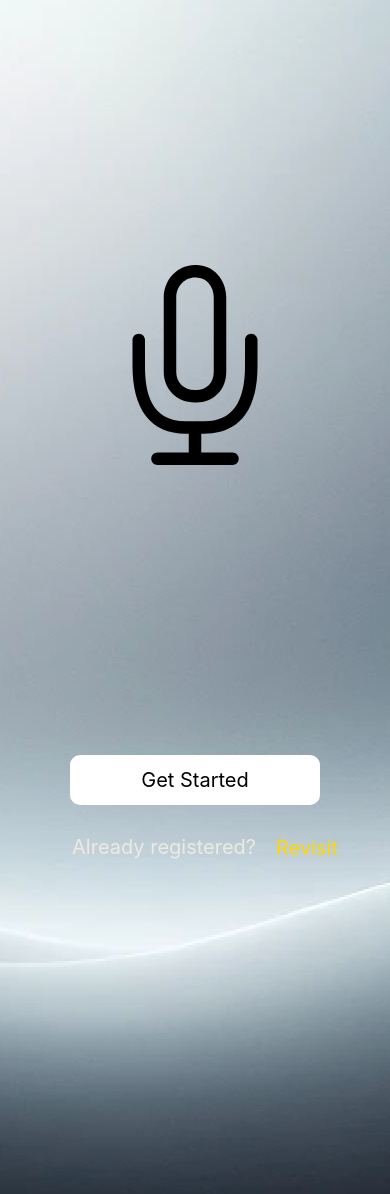
Repository: mortiestmorty1/recordings-app
Screen: / (app in frontend/)
An editor plug-in stored every save of this project. The screen is shown before and after the next save, followed by the edit.
The app was drawn by React Native's web renderer in a window 390 px wide. The project was rebuilt for these pictures with package versions that can differ from the ones it lists, and the page was loaded fresh each time. Also part of the build but not shown: frontend/components/registerUser.js.

Above is the screen before, as saved 2024-03-08 02:07:02.

### frontend/App.js
import { StatusBar } from 'expo-status-bar';
import { StyleSheet, View } from 'react-native';
import RegisterUser from './components/registerUser.js';
import React from 'react';
import FirstScreen from './components/firstscreen.js';

export default function App() {
  const handleRegistrationSuccess = (userData) => {
    console.log('User registered:', userData);
  };

  return (
    <View style={styles.container}>
      <FirstScreen />
      {/* <RegisterUser onSubmit={handleRegistrationSuccess} /> */}
      <StatusBar style="auto" />
    </View>
  );
}

const styles = StyleSheet.create({
  container: {
    flex: 1,
    backgroundColor: '#fff',
    alignItems: 'center',
    justifyContent: 'center',
  },
});

### frontend/components/firstscreen.js
import React from 'react';
import { View, Text, StyleSheet, TouchableOpacity, ImageBackground } from 'react-native';
import { Svg, Path } from 'react-native-svg';
import background from '../assets/background.png'; // Ensure this path is correct

const FirstScreen = () => {
  return (
    <View style={styles.container}>
      <ImageBackground
        source={background}
        resizeMode="cover"
        style={styles.imageBackground}
      >
        <Svg style={styles.logo} fill="#000000" width="200" height="200" viewBox="0 0 1024 1024">
          <Path d="M510.88 704h7.6C607.44 704 672 638.4 672 548.032V166.624C672 73.184 604.56 0 518.466 0h-7.584C423.264 0 352 74.752 352 166.624v381.408C352 636.944 420.304 704 510.88 704zM416 166.624C416 110.032 458.56 64 510.88 64h7.6C569.504 64 608 108.128 608 166.624v381.408C608 603.024 572.032 640 518.464 640h-7.584c-55.872 0-94.88-37.808-94.88-91.968zM800 352c-17.68 0-32 14.336-32 32v133.072c0 190.4-67.968 282.929-207.744 282.929H465.12c-182.8 0-209.12-153.84-209.12-282.928V384.001c0-17.664-14.336-32-32-32s-32 14.336-32 32v133.072c0 220.496 91.888 346.928 273.12 346.928H480v96H320c-17.664 0-32 14.336-32 32s14.336 32 32 32h384c17.664 0 32-14.336 32-32s-14.336-32-32-32H544v-96h16.256C684.224 864.001 832 803.809 832 517.072V384c0-17.664-14.32-32-32-32z" />
        </Svg>
        <View style={styles.content}>
          <TouchableOpacity style={styles.btn1} onPress={() => console.log("Get Started pressed")}>
            <Text style={styles.btnText1}>Get Started</Text>
          </TouchableOpacity>
        <View style={styles.simple}>
          <Text style={styles.text}>Already registered?</Text>
          <TouchableOpacity style={styles.btn2} onPress={() => console.log("Revisit pressed")}>
            <Text style={styles.btnText2}>Revisit</Text>
          </TouchableOpacity>
          </View>
        </View>
      </ImageBackground>
    </View>
  );
};

const styles = StyleSheet.create({
  container: {
    flex: 1,
    width: '100%',
    height: '100%',
    justifyContent: 'center',
    alignItems: 'center',
  },
  imageBackground: {
    flex: 1,
    width: '100%',
    justifyContent: 'center',
    alignItems: 'center',
  },
  logo: {
    bottom: 100,
  },
  text: {
    fontSize: 20,
    margin: 20,
    color: '#ECEAE2',
  },
  content: {
    justifyContent: 'center',
    alignItems: 'center',
    top: 300,
  },
  btn1: {
    width: 250,
    height: 50,
    backgroundColor: 'white',
    borderRadius: 10,
    justifyContent: 'center',
    alignItems: 'center',
    bottom: 10,
  },
  btnText1: {
    color: 'black',
    fontSize: 20,
    fontWeight: 'heavy',
  },
  simple:{
    flexDirection: 'row', // Aligns children (text and button) horizontally
    alignItems: 'center',
  },
  btn2: {
    height: 50,
    justifyContent: 'center',
    alignItems: 'center',
    top: 1,
  },
    btnText2: {
        color: 'black',
        fontSize: 20,
        fontWeight: 'heavy',
        color:'gold',
    },
});

export default FirstScreen;

After the next save:
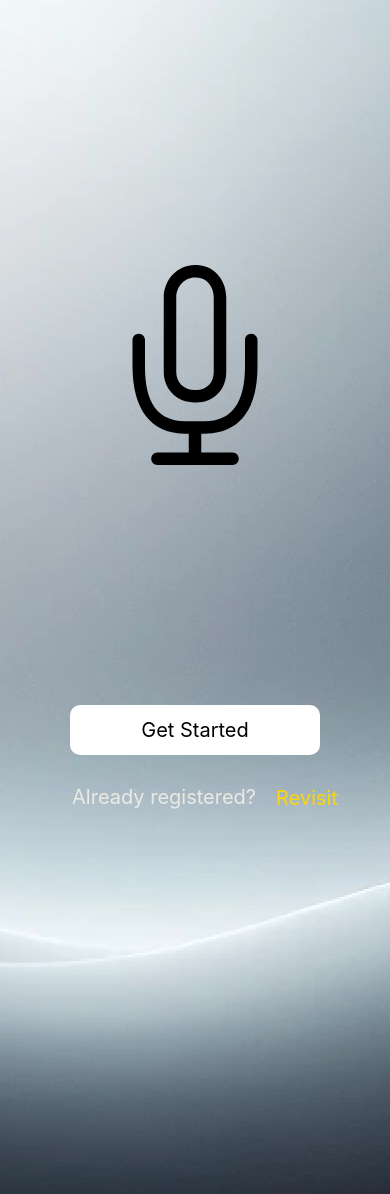
Saved 7 s later.
--- a/frontend/components/firstscreen.js
+++ b/frontend/components/firstscreen.js
@@ -55,7 +55,7 @@ const styles = StyleSheet.create({
   content: {
     justifyContent: 'center',
     alignItems: 'center',
-    top: 300,
+    top: 250,
   },
   btn1: {
     width: 250,

After the save that followed:
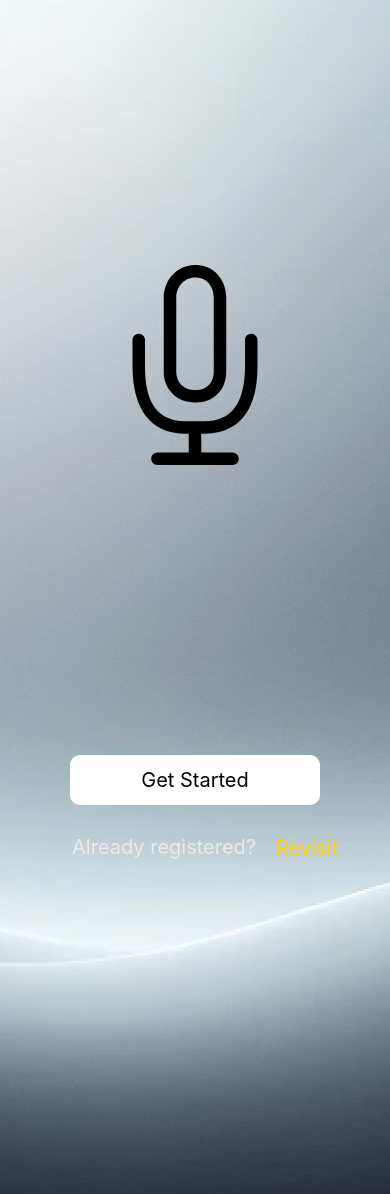
Saved 17 s later.
--- a/frontend/components/firstscreen.js
+++ b/frontend/components/firstscreen.js
@@ -11,7 +11,7 @@ const FirstScreen = () => {
         resizeMode="cover"
         style={styles.imageBackground}
       >
-        <Svg style={styles.logo} fill="#000000" width="200" height="200" viewBox="0 0 1024 1024">
+        <Svg style={styles.logo} fill="#000000" width="200" height="300" viewBox="0 0 1024 1024">
           <Path d="M510.88 704h7.6C607.44 704 672 638.4 672 548.032V166.624C672 73.184 604.56 0 518.466 0h-7.584C423.264 0 352 74.752 352 166.624v381.408C352 636.944 420.304 704 510.88 704zM416 166.624C416 110.032 458.56 64 510.88 64h7.6C569.504 64 608 108.128 608 166.624v381.408C608 603.024 572.032 640 518.464 640h-7.584c-55.872 0-94.88-37.808-94.88-91.968zM800 352c-17.68 0-32 14.336-32 32v133.072c0 190.4-67.968 282.929-207.744 282.929H465.12c-182.8 0-209.12-153.84-209.12-282.928V384.001c0-17.664-14.336-32-32-32s-32 14.336-32 32v133.072c0 220.496 91.888 346.928 273.12 346.928H480v96H320c-17.664 0-32 14.336-32 32s14.336 32 32 32h384c17.664 0 32-14.336 32-32s-14.336-32-32-32H544v-96h16.256C684.224 864.001 832 803.809 832 517.072V384c0-17.664-14.32-32-32-32z" />
         </Svg>
         <View style={styles.content}>
